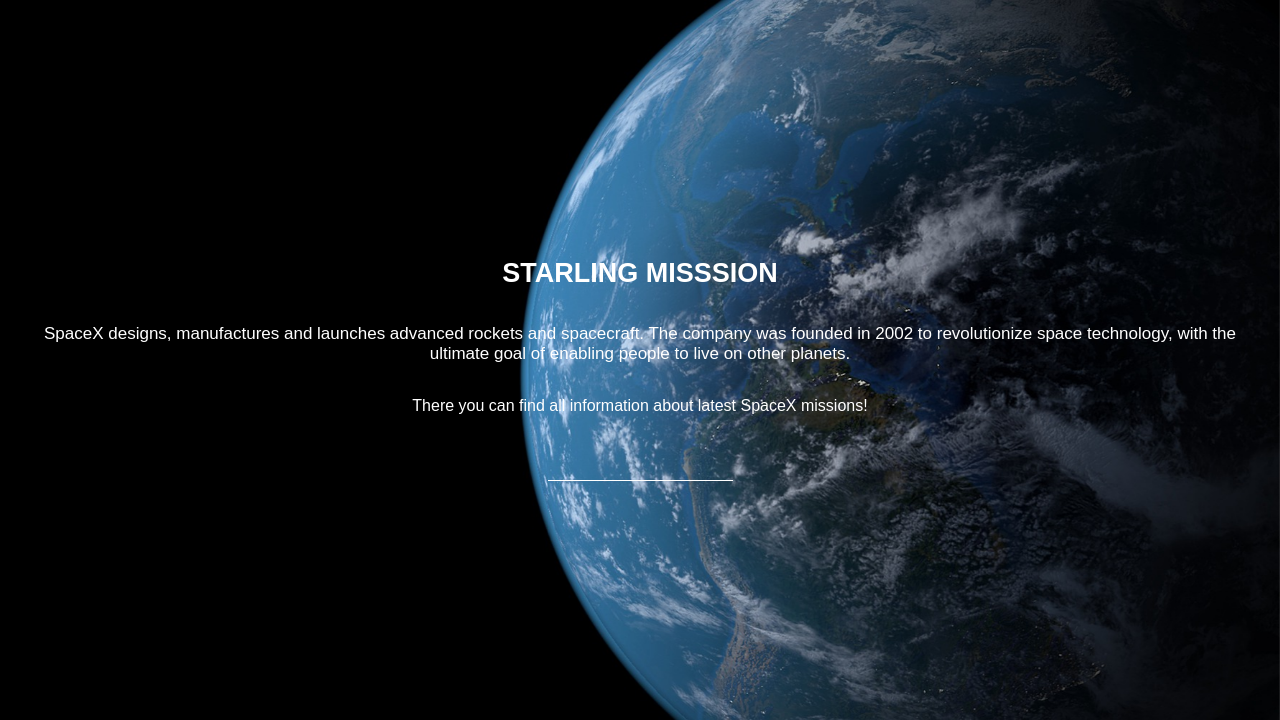
Repository: PJasiczek/vue-shop
Page: /
An editor plug-in stored every save of this project. The page is shown before and after the next save, followed by the edit.
The browser window is 1280 px wide. The pictures show the whole page.
Some web fonts or font styles are not loaded; a fallback is used. The project was rebuilt for these pictures with package versions that can differ from the ones it lists, and the page was loaded fresh each time.

Above is the page before, as saved 2020-04-06 18:20:05.

### src/App.vue
<template>
  <div class="wrapper">
    <BackgroundImage/>
    <Claim/>
    <SearchInput/>
  </div>
</template>

<script>

import debounce from 'lodash/debounce';

import Claim from '@/components/Claim.vue';

import SearchInput from '@/components/SearchInput.vue';

import BackgroundImage from '@/components/BackgroundImage.vue';

const axios = require('axios');

const API = 'https://api.spacexdata.com/v3/launches?rocket_name=';

export default {
  name: 'Search',
  components: {
    Claim, SearchInput, BackgroundImage,
  },
  data() {
    return {
      searchValue: '',
      results: [],
    };
  },
  methods: {
    // eslint-disable-next-line
    handleInput: debounce(function() {
      axios.get(`${API}${this.searchValue}`)
        .then((response) => {
          this.results = response.data;
          console.log(response.data);
        }).catch((error) => {
          console.log(error);
        });
    }, 500),
  },
};
</script>

<style lang="scss">
  @import url('https://fonts.googleapis.com/css2?family=Baloo+Thambi+2:wght@400;500;600;700;800&display=swap');
  *{
    box-sizing: border-box;
  }

  body{
    margin: 0;
    padding: 0;
    font-family: 'Baloo Thambi 2', sans-serif;
  }
  .wrapper{
    display: flex;
    width: 100%;
    min-height: 100vh;
    flex-direction: column;
    justify-content: center;
    align-items: center;
    margin: 0;
    padding: 30px;
  }

</style>

### src/components/Claim.vue
<template>
  <div class="claimWrapper">
      <h1 class="claim">STARLING MISSSION</h1>
      <p class="subclaim">SpaceX designs, manufactures and launches advanced rockets and spacecraft. The company was founded in 2002 to revolutionize space technology, with the ultimate goal of enabling people to live on other planets.</p>
      <p class="subclaim">There you can find all information about latest SpaceX missions!</p>
  </div>
</template>

<script>
/* eslint-disable eol-last */
export default {
  name: 'Claim',
};
</script>
<style lang="scss" scoped>
.claimWrapper{
    display: flex;
    flex-direction: column;
    justify-content: center;
    align-items: center;
    color: #ffffff;
    text-align: center;

    .claim{
        font-size: 25px;

        @media (min-width: 768px) {
            font-size: 27px;
        }
    }

    .subclaim:first-of-type{
        font-size: 15px;

        @media (min-width: 768px) {
            font-size: 17px;
        }
    }

    .subclaim:last-of-type{
        font-size: 16px;
    }
}

</style>

### src/components/SearchInput.vue
<template>
    <div class="searchWrapper">
      <input id="search" name="search" v-model="searchValue" @input="handleInput"/>
    </div>
</template>

<script>
/* eslint-disable eol-last */
export default {
  name: 'SearchInput',
};
</script>

<style lang="scss" scoped>
.searchWrapper{
  display: flex;
  flex-direction: column;
  align-items: center;

  input{
    height: 50px;
    border: 0;
    text-align: center;
    color: #ffffff;
    font-family: 'Baloo Thambi 2', sans-serif;
    border-bottom: 1px solid #ffffff;
    background: none;
    transition: width .25s ease-in-out;
    font-size: 14px;
  }

  input:focus{
      outline: none;
      width: 120%;
  }
}
</style>

### src/components/BackgroundImage.vue
<template>
  <div class="backgroudImage"/>
</template>

<script>
/* eslint-disable eol-last */
export default {
  name: 'BackgroudImage',
};
</script>
<style lang="scss" scoped>
.backgroudImage{
    position: fixed;
    top: 0;
    z-index: -1;
    width: 100%;
    height: 100vh;
    background: url('../assets/4.jpg');
    background-repeat: no-repeat;
    background-size: cover;
    background-position: 55% 70%;
}

</style>

Loaded but not shown: public/index.html (common file); src/main.js (common file)

After the next save:
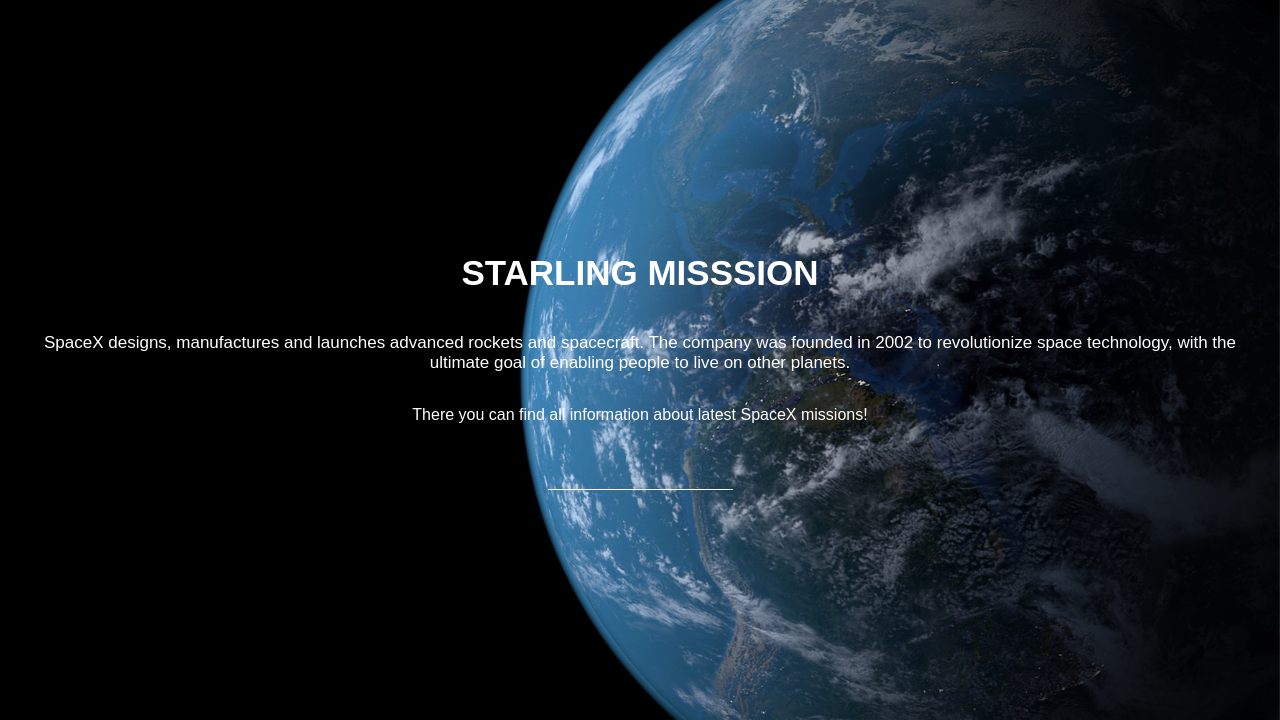
Saved 11 s later.
--- a/src/components/Claim.vue
+++ b/src/components/Claim.vue
@@ -25,7 +25,7 @@
         font-size: 25px;
 
         @media (min-width: 768px) {
-            font-size: 27px;
+            font-size: 35px;
         }
     }
 
